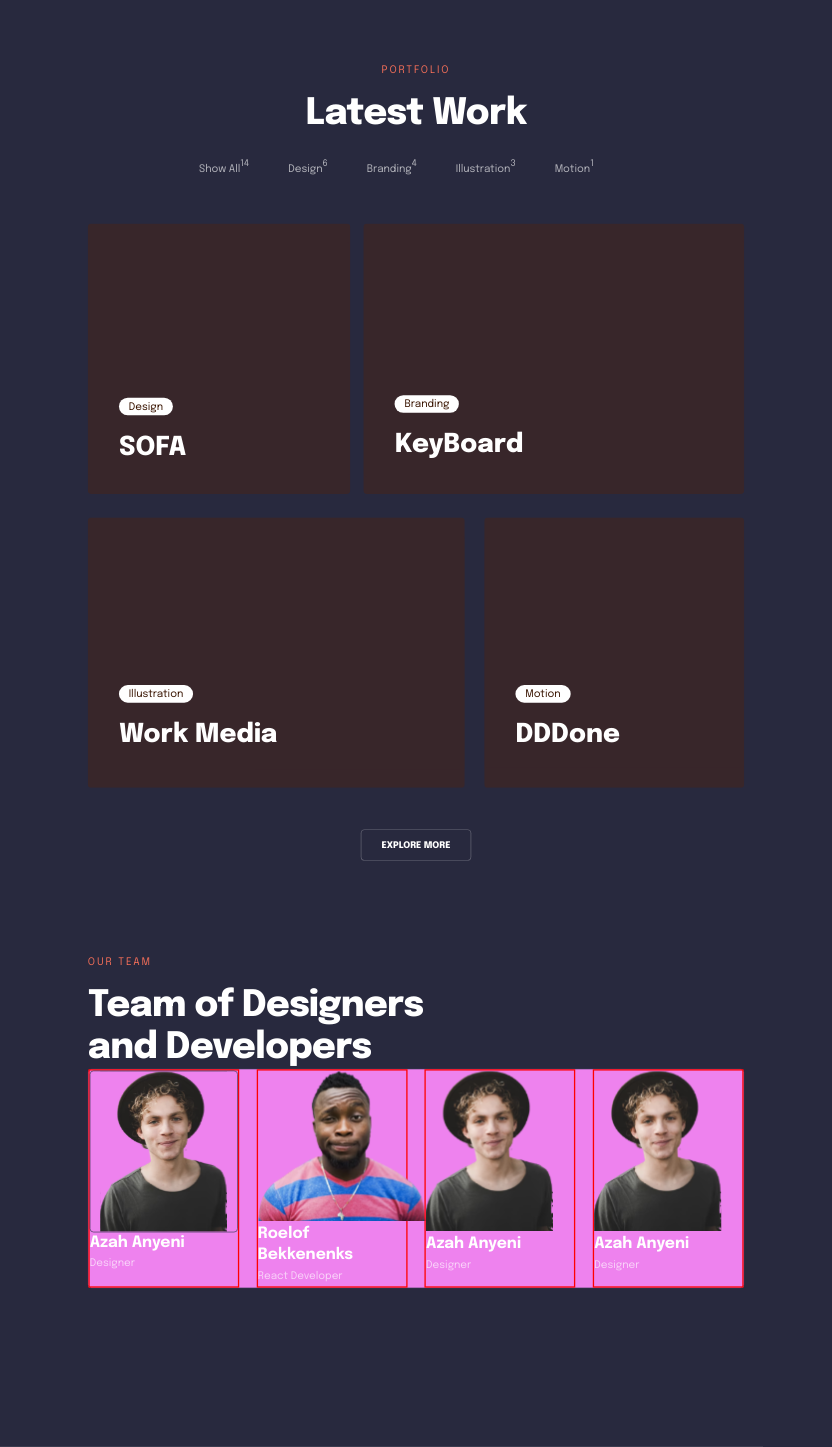
Repository: FidanXankishiyeva/figma-positions-task
Page: index.html
An editor plug-in stored every save of this project. The page is shown before and after a run of saves, followed by the edit.
The browser window is 1280 px wide. The pictures show the whole page, at 65% of full size.

Above is the page before, as saved 2023-08-10 13:43:53.

After the next 4 saves:
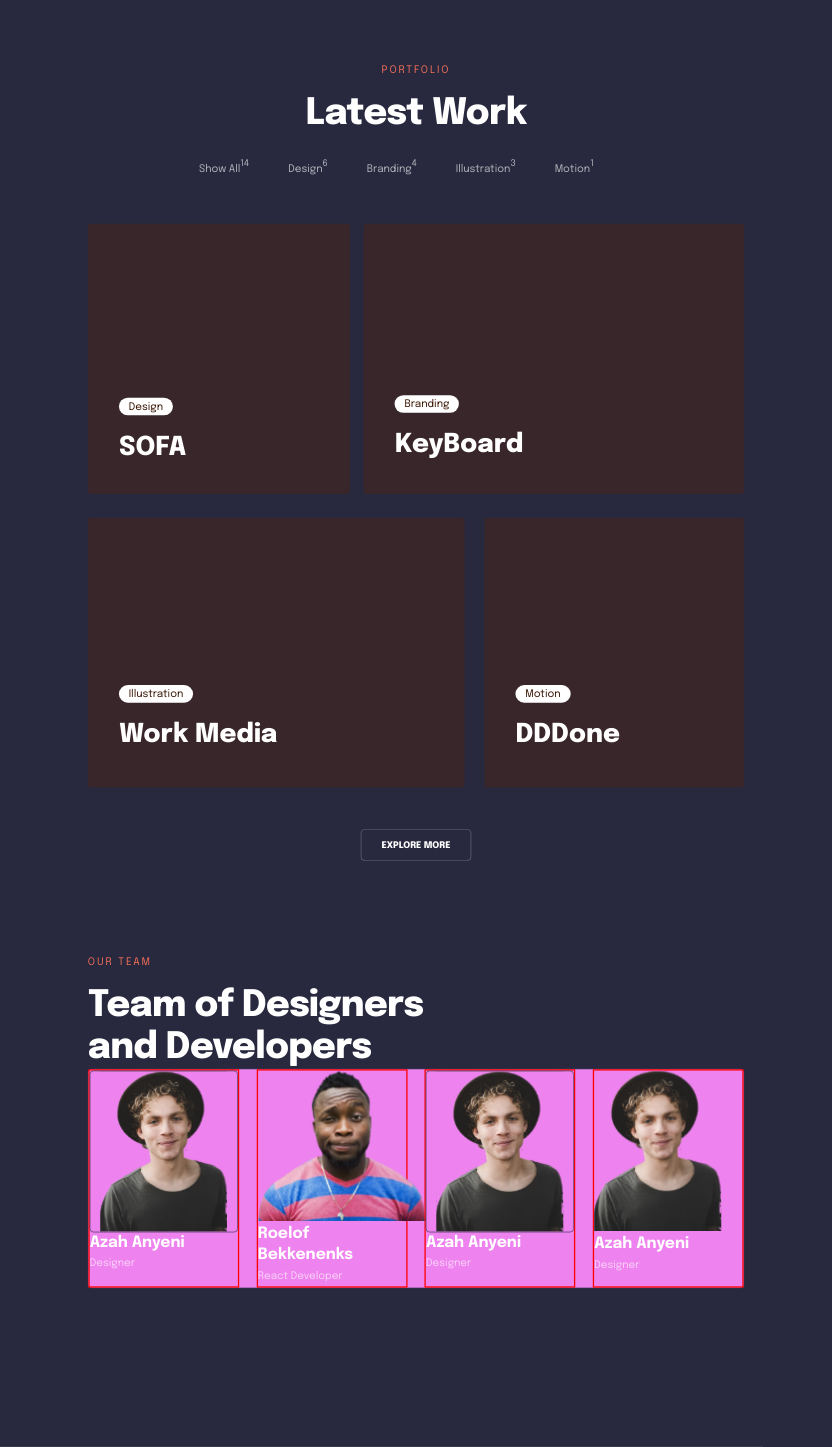
The 4 saves are shown as one change because they came seconds apart.
The last was saved 18 s later.
--- a/index.html
+++ b/index.html
@@ -98,7 +98,9 @@
                         <h6>React Developer</h6>
                     </li>
                     <li>
-                        <img src="./photo/azah.svg" alt="">
+                        <div>
+                            <img src="./photo/azah.svg" alt="">
+                        </div>
                         <h5>Azah Anyeni</h5>
                         <h6>Designer</h6>
                     </li>
